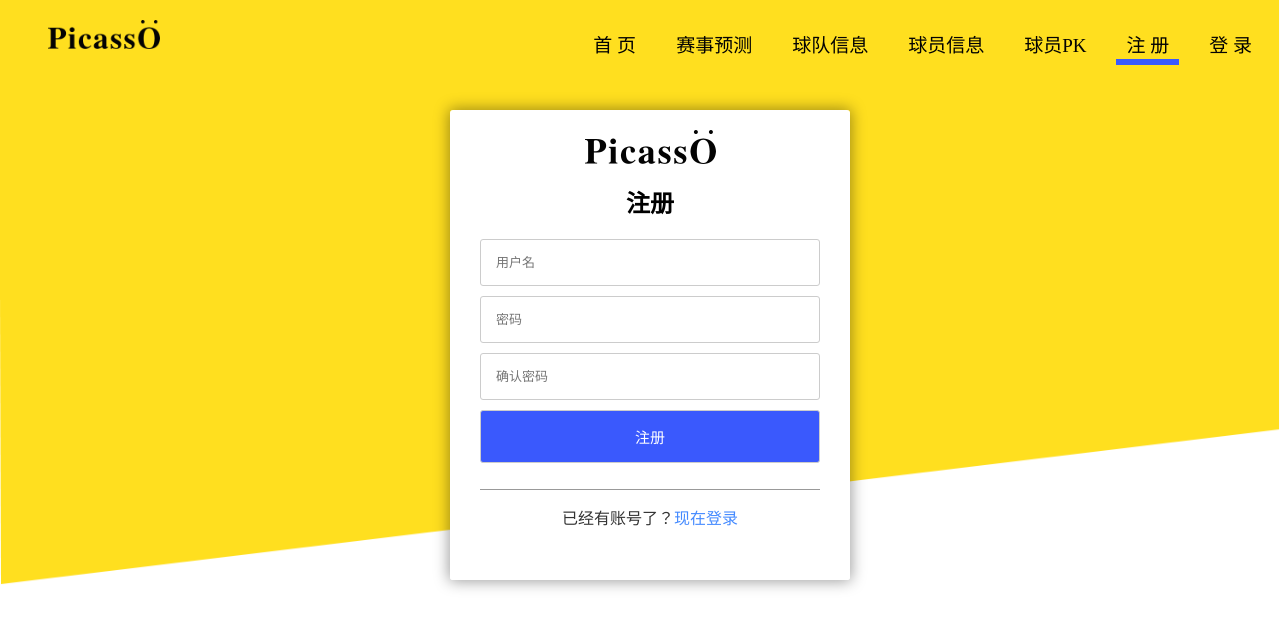
Repository: cciixx/nba-prediction-sys
Page: public/register.html
An editor plug-in stored every save of this project. The page is shown before and after the next save, followed by the edit.
The browser window is 1280 px wide. The pictures show the whole page.

Above is the page before, as saved 2020-04-04 11:02:50.

### public/register.html
<html>
<head>
<meta charset="utf-8">
<title>NBA预测系统</title>
	<link  href="css/navl.css" rel="stylesheet" type="text/css">
	<link  href="css/user_form.css" rel="stylesheet" type="text/css">
	<style>
		body{
			background-image: url(/images/half_yellow.png);}
	body,td,th {
	font-family: "方正小标宋简体";}
	</style>
</head>

<body>
	<div>
	<ul class='navl'>
		<li><a href="login.html">登 录</a></li>
		<li style="border-bottom: 6px solid #3a59fd;"><a href="register.html">注 册</a></li>
		<li><a href="PK_index.html">球员PK</a></li>
		<li><a href="player.html">球员信息</a></li>
		<li><a href="team.html">球队信息</a></li>
		<li><a href="predict.html">赛事预测</a></li>
		<li><a href="first.html">首 页</a></li>
		<img src="images/logo.png">
		</ul></div>

<form  class="msform" name="form_reg" id="form_reg" method="post" action="back/reg_action.php">
<fieldset>
	<img src="images/logo.png">
	<h2>注册</h2>
	<input type="text" name="username" placeholder="用户名" />
	<input type="password" name="password1" placeholder="密码"/>
	<input type="password" name="password2" placeholder="确认密码"/>
	<input name="sumbit" type="submit" value="注册" style="background: #3a59fd;font-size:15px; font-family: '方正小标宋简体';color: white;">
	<p style="font-size: 16px;color:#333333;border-top: 1px solid #999999;padding: 15px;">已经有账号了？<a href="login.html" style="text-decoration: none;color: #448aff;">现在登录</a></p>
	</fieldset>
</form>

</body>
</html>

### public/css/navl.css
/* CSS Document */
body{
	background-repeat: no-repeat;
	background-position: top;
	background-size: 100%, 100%;
	background-attachment: fixed;
}
.header{
    overflow: hidden;
}
.btn{
	background: #3a59fd;
	font-family: '方正小标宋简体';
	color: white;
}
.navl ul{
	margin: 30px;
	width: 600px;
	height: 300px;
	color: #030303;
	position: absolute;
	top: 10px;
}
.navl li{
		height: 29px;
		width: fit-content;
		margin: 10px;
		list-style: none;
		float: right;
}
.navl img{
	float: left;
	height: 29px;
}
.navl a{
	margin: 0px 10px;
	color:#030303;
	text-align: left;
	text-decoration: none;
	font-size: 19px;
}
.wrapper{
    width: 100%;
}

### public/css/user_form.css
/* CSS Document */

.msform {
    width: 400px;
	height: 475px;
    margin: 20px auto;
    text-align: center;
    /* position: relative; */
}
.msform fieldset {
    width: 400px;
	height: fit-content;
    background: white;
    border: 0 none;
    border-radius: 3px;
    box-shadow: 0 0 15px 1px rgba(0, 0, 0, 0.4);
    padding: 20px 30px;
    box-sizing: border-box;
    position: absolute;
	top: 100px;
	margin: 10px;
}
.msform input, .msform textarea {
    padding: 15px;
    border: 1px solid #ccc;
    border-radius: 3px;
    margin-bottom: 10px;
    width: 100%;
    box-sizing: border-box;
    color: #2C3E50;
    font-size: 13px;
}

After the next save:
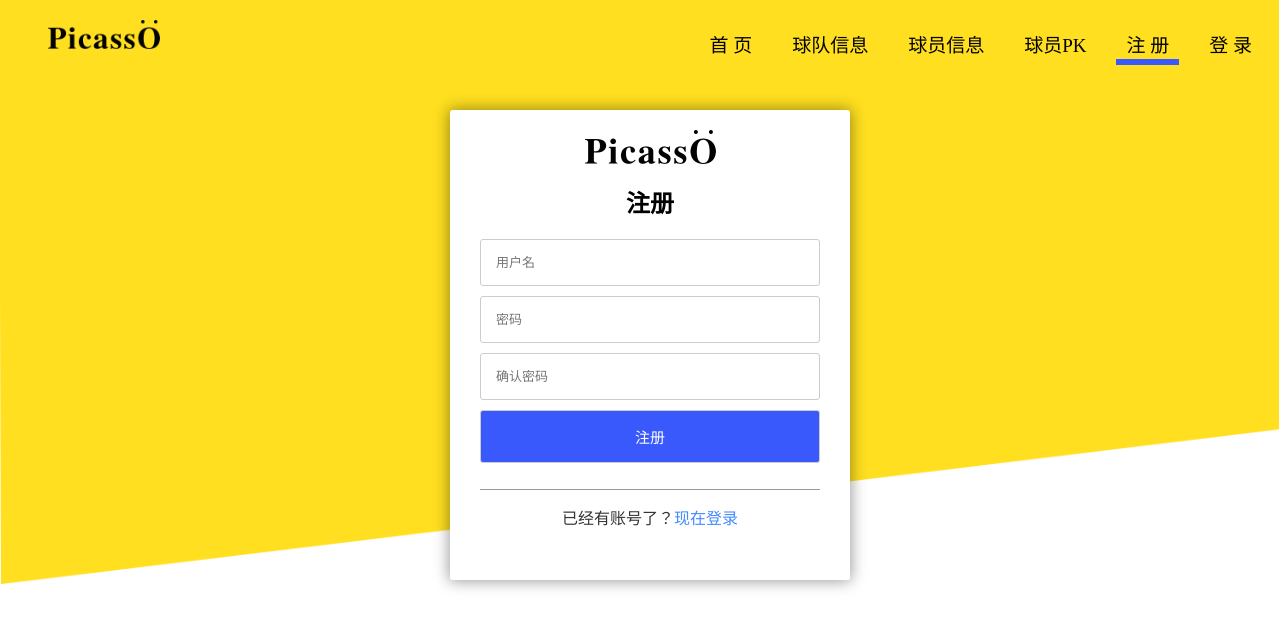
Saved 22 s later.
--- a/public/register.html
+++ b/public/register.html
@@ -20,7 +20,7 @@
 		<li><a href="PK_index.html">球员PK</a></li>
 		<li><a href="player.html">球员信息</a></li>
 		<li><a href="team.html">球队信息</a></li>
-		<li><a href="predict.html">赛事预测</a></li>
+		<!-- <li><a href="predict.html">赛事预测</a></li> -->
 		<li><a href="first.html">首 页</a></li>
 		<img src="images/logo.png">
 		</ul></div>
